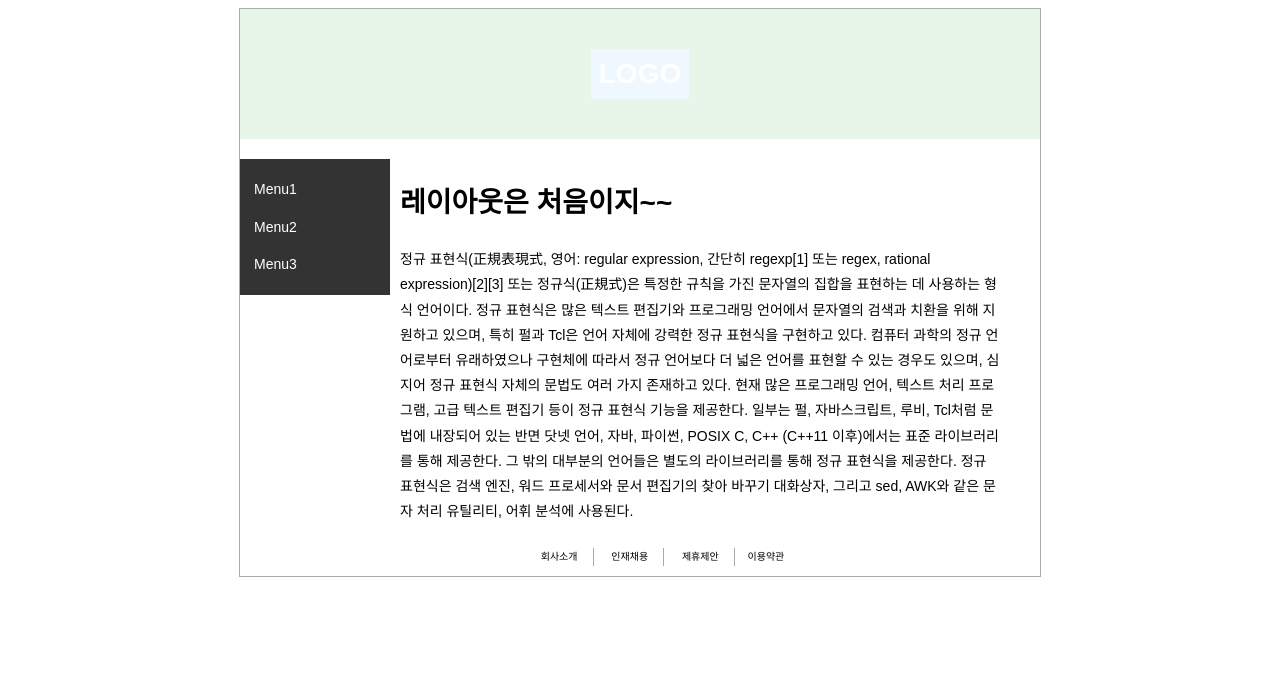
Repository: hsaar/jsworkplace
Page: http://localhost/testjsp/jsp/login.jsp
An editor plug-in stored every save of this project. The page is shown before and after the next save, followed by the edit.
The browser window is 1280 px wide. The pictures show the whole page.
The page is served by Tomcat 9.

Above is the page before, as saved 2025-08-21 01:45:31.

After the next save:
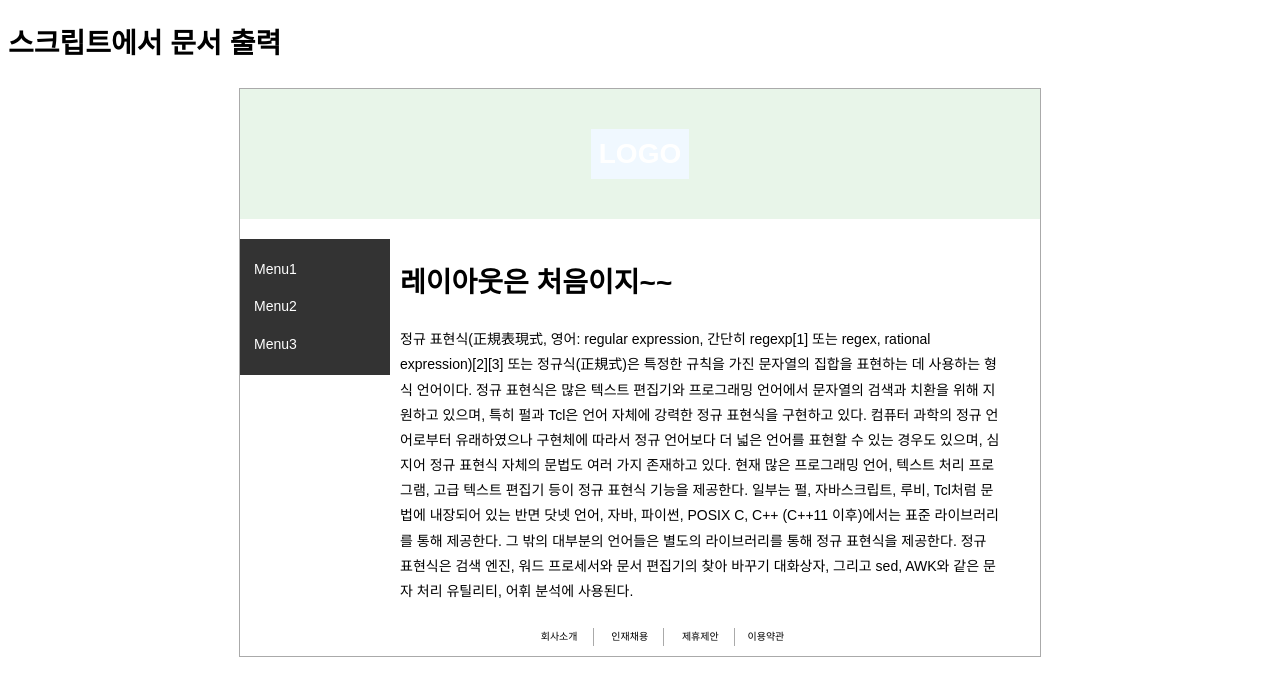
Saved 59 s later.
--- a/testjsp/src/main/webapp/jsp/login.jsp
+++ b/testjsp/src/main/webapp/jsp/login.jsp
@@ -88,6 +88,8 @@
 	function test01() {
 		alert("문서 로딩시 바로 실행!");
 	}
+
+	document.write("<h1>스크립트에서 문서 출력</h1>")
 </script>
 </head>
 <body>
